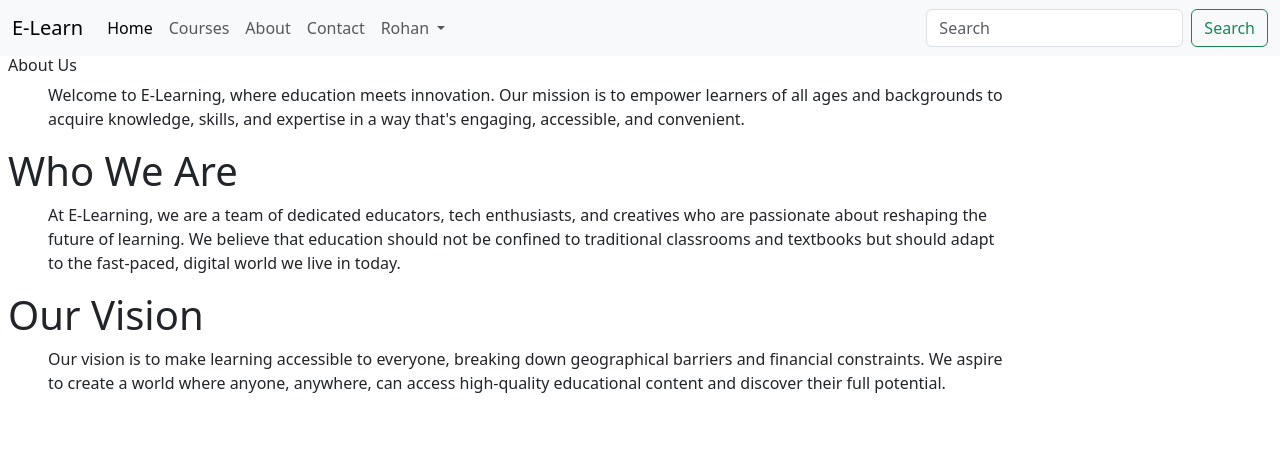
Repository: syni18/bootstrap_elarn
Page: About.html
The author's editor kept a copy of each file at every save. The page is drawn from the files as they stood at one save, then again after the next save.
The browser window is 1280 px wide. The pictures show the whole page.

Above is the page before, as saved 2023-10-25 23:10:15.

After the next save:
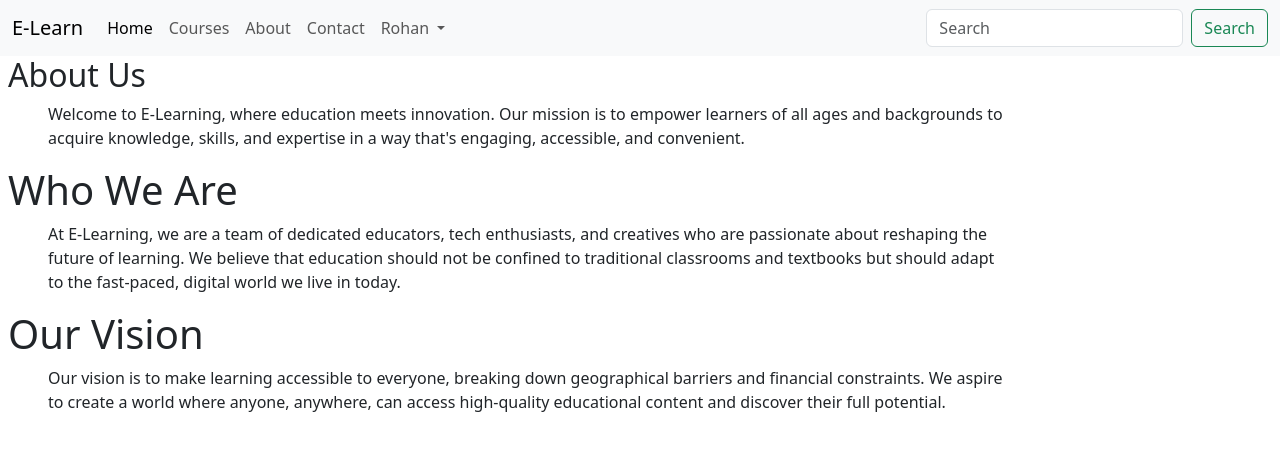
Saved 37 s later.
--- a/About.html
+++ b/About.html
@@ -47,7 +47,7 @@
   </div>
 </nav>
 <div>
-    <h6 class=" ms-2">About Us</h6>
+    <h6 class="h2 ms-2">About Us</h6>
     <p class="w-75 ms-5">Welcome to E-Learning, where education meets innovation. Our mission is to empower learners of all ages and backgrounds to acquire knowledge, skills, and expertise in a way that's engaging, accessible, and convenient.</p>
 </div>
 <div>

After the save that followed:
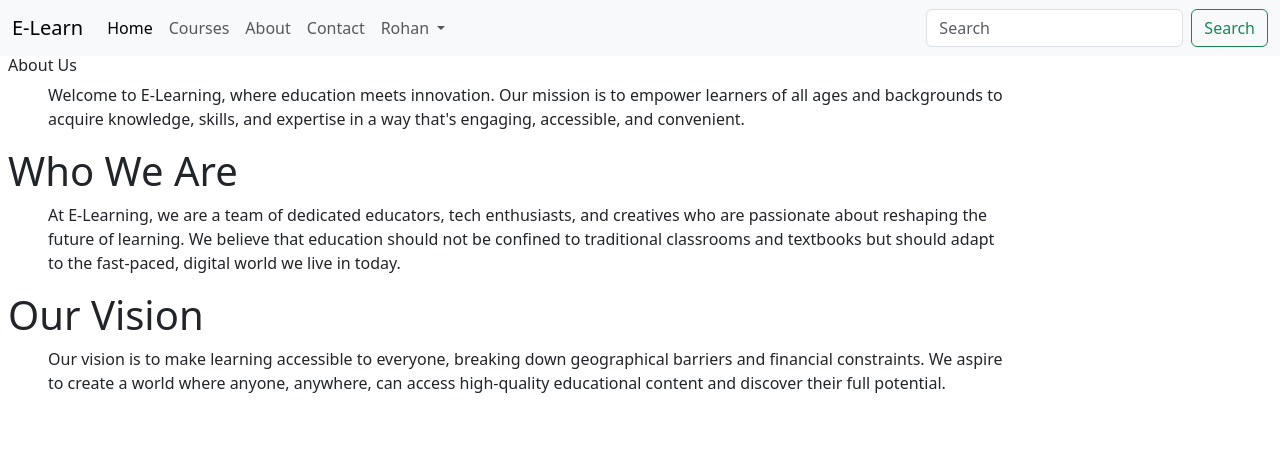
Saved 7 s later.
--- a/About.html
+++ b/About.html
@@ -47,7 +47,7 @@
   </div>
 </nav>
 <div>
-    <h6 class="h2 ms-2">About Us</h6>
+    <h6 class=" ms-2">About Us</h6>
     <p class="w-75 ms-5">Welcome to E-Learning, where education meets innovation. Our mission is to empower learners of all ages and backgrounds to acquire knowledge, skills, and expertise in a way that's engaging, accessible, and convenient.</p>
 </div>
 <div>
